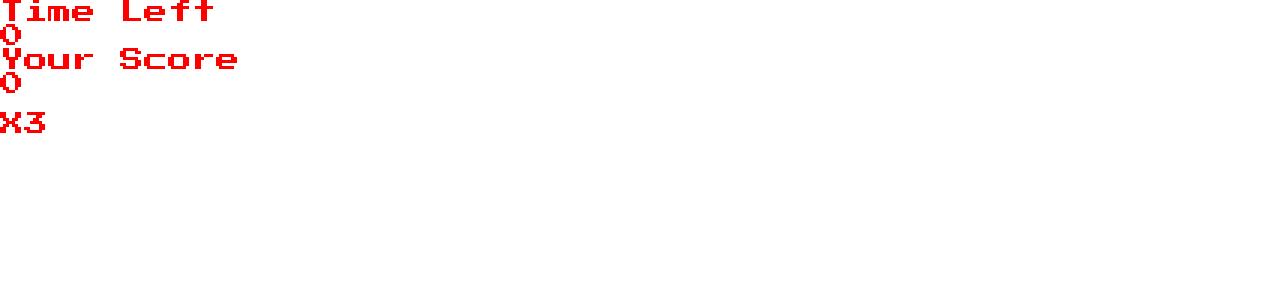
Repository: marcioresidenty/DetonaRalph
Page: DetonaHalph/Webapp/index.html
These files come from the project's save history. The page is drawn as it stood at one moment and after the next save; the edit follows.
The browser window is 1280 px wide. The pictures show the whole page.

Above is the page before, as saved 2024-11-12 16:17:08.

After the next save:
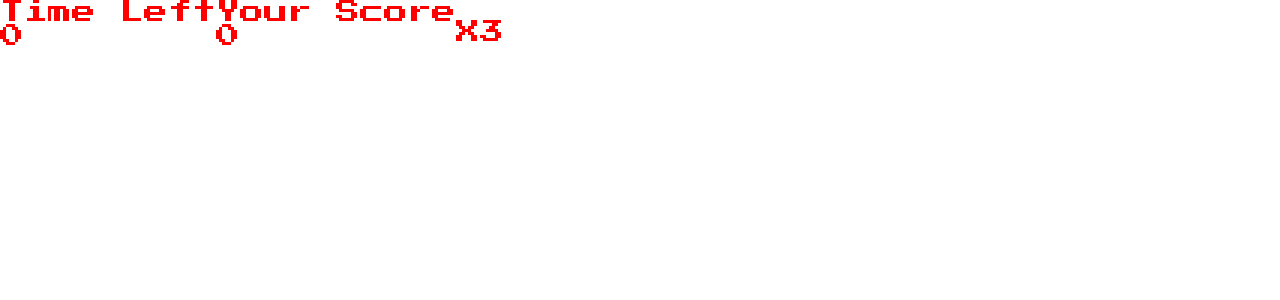
Saved 70 s later.
--- a/DetonaHalph/Webapp/styles/main.css
+++ b/DetonaHalph/Webapp/styles/main.css
@@ -3,3 +3,9 @@
 .container {
 	display: flex;
 	}
+
+.menu {
+	display: flex;
+	justify-content: space-evenly;
+	align-items: center;
+}
